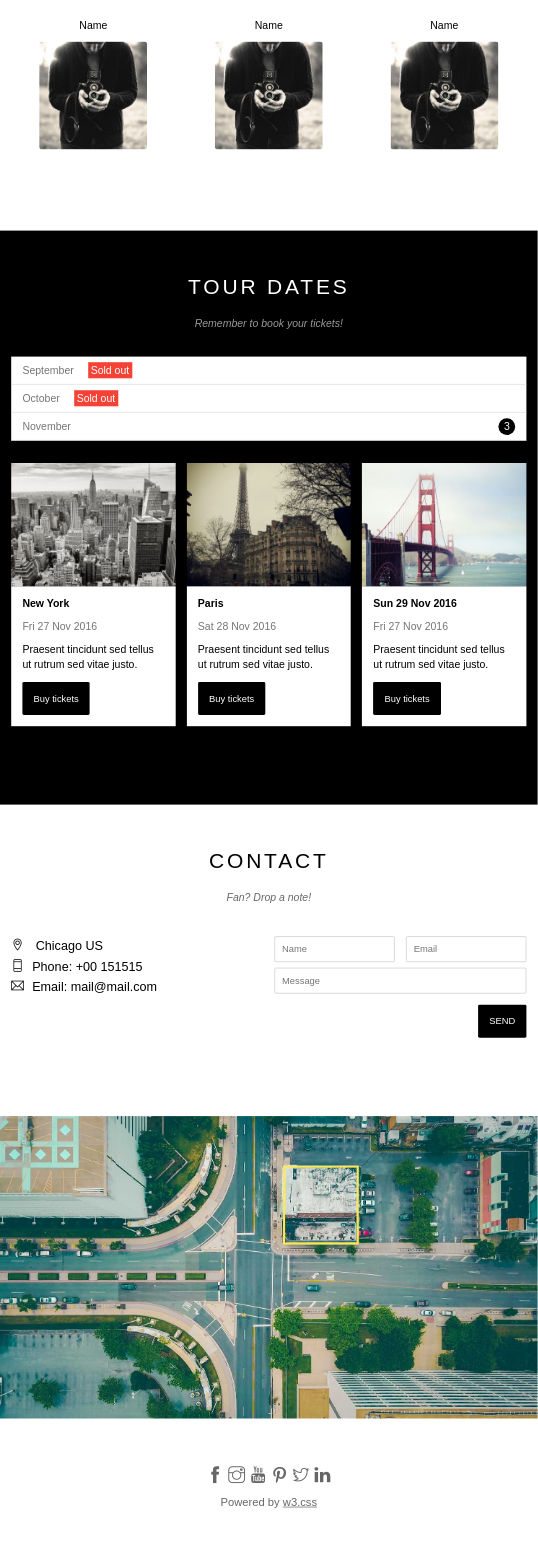
Repository: Phunobita/The-band-w3school
Page: index.html
An editor plug-in stored every save of this project. The page is shown before and after the next save, followed by the edit.
The browser window is 768 px wide. The pictures show the part of the page from y = 778 to 3018 px (the page is 2998 px tall before and 3018 px after), at 70% of full size.

Above is the page before, as saved 2021-12-04 20:44:50.

### index.html
<!DOCTYPE html>
<html lang="en">

<head>
    <meta charset="UTF-8">
    <meta http-equiv="X-UA-Compatible" content="IE=edge">
    <meta name="viewport" content="width=device-width, initial-scale=1.0">
    <title>The band</title>
    <link rel="stylesheet" href="./assets/fonts/themify-icons-font/themify-icons/themify-icons.css">
    <link rel="stylesheet" href="./assets/css/style.css">
    <link rel="stylesheet" href="./assets/css/responsive.css">
    <link rel="icon" href="/assets/img/hinh-anh-mua-thu-dep-nhat.jpg" type="image/x-icon" />
</head>

<body>
    <div id="main">
        <div id="header">
            <!--Begin nav-->
            <ul id="nav">
                <li><a href="#">Home</a></li>
                <li><a href="#band">Band</a></li>
                <li><a href="#tour">Tour</a></li>
                <li><a href="#contact">Contact</a></li>
                <li>
                    <a href="#">
                        More
                        <i class="nav-arrow-down ti-angle-down"></i>
                    </a>
                    <ul class="subnav">
                        <li><a href="#">Merchandise</a></li>
                        <li><a href="#">Extras</a></li>
                        <li><a href="#">Media</a></li>
                    </ul>
                </li>
            </ul>
            <!--End nav-->
            <div class="search-btn">
                <i class="search-icon ti-search"></i>
            </div>

            <div id="mobile-menu" class="mobile-menu-btn">
                <i class="menu-icon ti-menu-alt"></i>
            </div>
        </div>

        <div id="slider">
            <div class="text-content">
                <h2 class="heading">New York</h2>
                <div class="content">The atmosphere in New York is lorem ipsum</div>
            </div>
        </div>
        <!--About section-->
        <div id="content">
            <div id="band" class="content-section">
                <h2 class="section-heading">THE BAND</h2>
                <p class="section-sub-heading">We love music</p>
                <p class="about-text">We have created a fictional band website. Lorem ipsum dolor sit amet, consectetur
                    adipiscing elit, sed do eiusmod tempor incididunt ut labore et dolore magna aliqua. Ut enim ad minim
                    veniam, quis nostrud exercitation ullamco laboris nisi ut aliquip ex ea commodo consequat. Duis aute
                    irure dolor in reprehenderit in voluptate velit esse cillum dolore eu fugiat nulla pariatur.
                    Excepteur sint occaecat cupidatat non proident, sunt in culpa qui officia deserunt mollit anim id
                    est laborum consectetur adipiscing elit, sed do eiusmod tempor incididunt ut labore et dolore magna
                    aliqua. Ut enim ad minim veniam, quis nostrud exercitation ullamco laboris nisi ut aliquip ex ea
                    commodo consequat.</p>
                <div class=" row member-list">
                    <div class="col col-third s-full-width mt-32 text-center">
                        <p class="member-name">Name</p>
                        <img src="./assets/img/tv.jpg" alt="Name" class="member-img">
                    </div>
                    <div class="col col-third s-full-width mt-32 text-center">
                        <p class="member-name">Name</p>
                        <img src="./assets/img/tv.jpg" alt="Name" class="member-img">
                    </div>
                    <div class="col col-third s-full-width mt-32 text-center">
                        <p class="member-name">Name</p>
                        <img src="./assets/img/tv.jpg" alt="Name" class="member-img">
                    </div>
                </div>
            </div>

            <!--Tour section-->
            <div id="tour" class="tour__section">
                <div class="content-section">
                    <h2 class="section-heading text-white">TOUR DATES</h2>
                    <p class="section-sub-heading text-white">Remember to book your tickets!</p>

                    <ul class="ticket__list">
                        <li class="ticket__list-item">
                            September
                            <span class="sold-out">Sold out</span>
                        </li>
                        <li class="ticket__list-item">
                            October
                            <span class="sold-out">Sold out</span>
                        </li>
                        <li class="ticket__list-item">
                            November
                            <span class="quantity">3</span>
                        </li>
                    </ul>
                    <div class="row place__list">
                        <div class="mt-16 col col-third s-full-width">
                            <img src="./assets/img/newyork.jpg" alt="New York" class="place__img">
                            <div class="place-body">
                                <h3 class="place-heading">New York</h3>
                                <p class="place-time">Fri 27 Nov 2016</p>
                                <p class="place-description">Praesent tincidunt sed tellus ut rutrum sed vitae justo.
                                </p>
                                <button href="#" class="btn js-buy-ticket s-full-width">Buy tickets</button>
                            </div>
                        </div>
                        <div class="mt-16 col col-third s-full-width">
                            <img src="./assets/img/paris.jpg" alt="New York" class="place__img">
                            <div class="place-body">
                                <h3 class="place-heading">Paris</h3>
                                <p class="place-time">Sat 28 Nov 2016</p>
                                <p class="place-description">Praesent tincidunt sed tellus ut rutrum sed vitae justo.
                                </p>
                                <button href="#" class="btn js-buy-ticket s-full-width">Buy tickets</button>
                            </div>
                        </div>
                        <div class="mt-16 col col-third s-full-width">
                            <img src="./assets/img/sanfran.jpg" alt="New York" class="place__img">
                            <div class="place-body">
                                <h3 class="place-heading">Sun 29 Nov 2016</h3>
                                <p class="place-time">Fri 27 Nov 2016</p>
                                <p class="place-description">Praesent tincidunt sed tellus ut rutrum sed vitae justo.
                                </p>
                                <button href="#" class="btn js-buy-ticket s-full-width">Buy tickets</button>
                            </div>
                        </div>
                    </div>
                </div>
            </div>
            <!--Contact section-->
            <div id="contact" class="content-section">
                <h2 class="section-heading">CONTACT</h2>
                <p class="section-sub-heading">Fan? Drop a note!</p>

                <div class="row  contact-content">
                    <div class="col col-half s-full-width contact-info">
                        <p><i class="contact-icon ti-location-pin"></i> Chicago US</p>
                        <p><i class="contact-icon ti-mobile"></i>Phone: +00 151515</p>
                        <p><i class="contact-icon ti-email"></i>Email: mail@mail.com</p>
                    </div>
                    <div class="col col-half s-full-width contact-form">
                        <form action="">
                            <div class="row">
                                <div class="col col-half s-full-width">
                                    <input type="text" name="" required id="" class="form-control" placeholder="Name">
                                </div>
                                <div class="col col-half s-full-width s-mt-8 ">
                                    <input type="email" name="" required id="" class="form-control" placeholder="Email">
                                </div>
                            </div>
                            <div class="row mt-8">
                                <div class="col col-full">
                                    <input type="" name="" required id="" class="form-control" placeholder="Message">
                                </div>
                            </div>
                            <input class="btn pull-right mt-16 s-full-width" type="submit" value="SEND">
                        </form>
                    </div>
                </div>
            </div>

            <div class="map-section">
                <img src="/assets/img/map (1).jpg" alt="">

            </div>

            <div id="footer">
                <div class="social-list">
                    <a href=""><i class="ti-facebook"></i></a>
                    <a href=""><i class="ti-instagram"></i></a>
                    <a href=""><i class="ti-youtube"></i></a>
                    <a href=""><i class="ti-pinterest"></i></a>
                    <a href=""><i class="ti-twitter"></i></a>
                    <a href=""><i class="ti-linkedin"></i></a>
                </div>
                <p class="copyright">Powered by <a href="">w3.css</a></p>
            </div>
        </div>

        <div class="modal js-modal">
            <div class="modal-container js-modal-container">
                <div class="modal-close js-modal-close">
                    <i class="ti-close"></i>
                </div>

                <header class="modal-header">
                    <i class="modal-heading-icon ti-bag"></i>
                    Tickets
                </header>

                <div class="modal-body">
                    <label for="ticket-quantity" class="modal-label">
                        <i class="ti-shopping-cart"></i>
                        Tickets, $15 per person
                    </label>
                    <input id="ticket-quantity" type="text" class="modal-input" placeholder="How many?">

                    <label for="ticket-email" class="modal-label">
                        <i class="ti-user"></i>
                        Send To
                    </label>
                    <input id="ticket-email" type="email" class="modal-input" placeholder="Enter email">
                    <button id="buy-ticket">
                        Pay <i class="ti-check"></i>
                    </button>
                </div>
                <footer class="modal-footer">
                    <p class="modal-help">Need <a href="">help?</a></p>
                </footer>
            </div>
        </div>
    </div>

    <script>
        const buyBtns = document.querySelectorAll('.js-buy-ticket')
        const modal = document.querySelector('.js-modal')
        const modalContainer = document.querySelector('.js-modal-container')
        const modalClose = document.querySelector('.js-modal-close')

        function showBuyTickets() {
            modal.classList.add('open')
        }

        function hideBuyTickets() {
            modal.classList.remove('open')
        }

        for (const buyBtn of buyBtns) {
            buyBtn.addEventListener('click', showBuyTickets)
        }

        modalClose.addEventListener('click', hideBuyTickets)
        modal.addEventListener('click', hideBuyTickets)
        modalContainer.addEventListener('click', function (event) {
            event.stopPropagation()
        }
        )
    </script>

    <script>
        var header = document.getElementById('header');
        var mobileMenu = document.getElementById('mobile-menu');
        var headerHeight = header.clientHeight;

        mobileMenu.onclick = function () {
            var isClose = header.clientHeight === headerHeight;
            if (isClose) {
                header.style.height = 'auto';
            }
            else {
                header.style.height = null;
            }
        }

        //
        var menuItems = document.querySelectorAll('#nav li a[href*="#"]');
        for (var i = 0; i < menuItems.length; i++) {
            var menuItem = menuItems[i];
            var isParentMenu = menuItem.nextElementSibling && menuItem.nextElementSibling.classList.contains('subnav')

            menuItem.onclick = function (event) {
                var isParentMenu = this.nextElementSibling && this.nextElementSibling.classList.contains('subnav')
                if (!isParentMenu) {
                    header.style.height = null;
                }
                else {
                    event.preventDefault();
                }
            }
        }
    </script>
</body>

</html>

### assets/css/style.css
* {
  padding: 0;
  margin: 0;
  box-sizing: border-box;
}
html {
  scroll-behavior: smooth;
  font-family: Arial, Helvetica, sans-serif;
}
/*
1.vi tri
2. kich thuoc
3.Mau sac
4. Hinh dang
*/
.clear {
  clear: both;
}

.text-white {
  color: #fff !important;
}

.text-center {
  text-align: center !important;
}

.pull-right {
  float: right;
}
.row {
  margin-left: -8px;
  margin-right: -8px;
}
.row::after {
  content: "";
  display: block;
  clear: both;
}

.col {
  float: left;
  padding-left: 8px;
  padding-right: 8px;
}

.col-full {
  width: 100%;
}

.col-half {
  width: 50%;
}
.col-third {
  width: 33.3333%;
}

.mt-8 {
  margin-top: 8px !important;
}

.mt-16 {
  margin-top: 16px !important;
}

.mt-32 {
  margin-top: 32px;
}

.btn {
  display: inline-block;
  background-color: black;
  border: none;
  color: #fff;
  text-decoration: none;
  padding: 11px 16px;
  margin-top: 15px;
  border-radius: 2px;
  cursor: pointer;
}
.btn:hover {
  color: #000;
  background-color: #ccc;
}
#main {
}
#header {
  height: 46px;
  background-color: black;
  position: fixed;
  top: 0;
  left: 0;
  right: 0;
  z-index: 1;
}
#nav {
  display: inline-block;
}
#nav,
.subnav {
  list-style-type: none;
}
#nav > li > a {
  color: #fff;
  text-transform: uppercase;
}
#nav li a {
  text-decoration: none;
  line-height: 46px;
  padding: 0 24px;
  display: block;
}
#nav > li:hover > a,
#nav .subnav li:hover a {
  color: black;
  background-color: #ccc;
}
#nav li:hover .subnav {
  display: block;
}
#nav > li {
  display: inline-block;
  position: relative;
}
#nav .nav-arrow-down {
  font-size: 14px;
}
#nav .subnav {
  display: none;
  min-width: 160px;
  position: absolute;
  top: 100%;
  background-color: white;
  box-shadow: 0 0 10px rgba(0, 0, 0, 0.3);
}
#nav .subnav a {
  color: black;
  padding: 0 12px;
  line-height: 38px;
}

#header .mobile-menu-btn {
  position: absolute;
  top: 0;
  right: 0;
  display: none;
}

#header .mobile-menu-btn,
#header .search-btn {
  float: right;
  padding: 0 21px;
}
#header .search-btn:hover {
  background-color: #f44336;
  cursor: pointer;
}
#header .mobile-menu-btn:hover {
  background-color: #ccc;
}
#header .mobile-menu-btn:hover .menu-icon {
  color: #000;
}
.menu-icon,
#header .search-icon {
  color: #fff;
  font-size: 20px;
  line-height: 46px;
}
#header .search-btn:hover {
  background-color: #f44336;
}
#slider {
  margin-top: 46px;
  padding-top: 50%;
  position: relative;
  background: url("/assets/img/slider1.jpg") top center / cover no-repeat;
}

#slider .text-content {
  position: absolute;
  bottom: 47px;
  color: white;
  width: 100%;
  text-align: center;
}
#silder .heading {
  font-weight: 500px;
  font-size: 24px;
}
#slider .content {
  font-size: 15px;
  margin-top: 25px;
}
#content {
}
#content .content-section {
  padding: 64px 0 112px;
  width: 800px;
  max-width: 100%;
  margin-left: auto;
  margin-right: auto;
  padding-left: 16px;
  padding-right: 16px;
}
#content .section-heading {
  font-size: 30px;
  font-weight: 500;
  text-align: center;
  letter-spacing: 4px;
}
#content .section-sub-heading {
  font-size: 15px;
  text-align: center;
  margin-top: 25px;
  font-style: italic;
  opacity: 0.6;
}
#content .about-text {
  margin-top: 25px;
  text-align: justify;
  line-height: 1.4;
  font-size: 15px;
}

#content .member-list {
  margin-top: 32px;
}
#content .member-name {
  font-size: 15px;
  margin-bottom: 15px;
}
#content .member-img {
  width: 154px;
  border-radius: 4px;
}

/* Tour section */
.tour__section {
  background-color: #000;
}

.ticket__list {
  background-color: #fff;
  margin-top: 40px;
  list-style: none;
}
.ticket__list-item {
  color: #757575;
  font-size: 15px;
  padding: 11px 16px;
  border-bottom: 1px solid #ddd;
}
.ticket__list .sold-out {
  color: #fff;
  background-color: #f44336;
  padding: 3px 4px;
  margin-left: 16px;
}
.ticket__list .quantity {
  float: right;
  width: 24px;
  height: 24px;
  background-color: #000;
  color: #fff;
  border-radius: 50%;
  text-align: center;
  line-height: 24px;
  margin-top: -3px;
}

/*  Place body*/
.place__list {
  margin-top: 16px;
}

.place__img {
  width: 100%;
  display: block;
}
.place__img:hover {
  opacity: 0.7;
}
.place-body {
  background-color: #fff;
  padding: 16px;
  font-size: 15px;
}
.place-heading {
  font-size: 15px;
  font-weight: 600;
}
.place-time {
  margin-top: 15px;
  color: #757575;
}
.place-description {
  margin-top: 15px;
  line-height: 1.4;
}

/* Modal */
.modal {
  position: fixed;
  top: 0;
  left: 0;
  bottom: 0;
  right: 0;
  background-color: rgba(0, 0, 0, 0.4);
  align-items: center;
  justify-content: center;
  display: none;
}
.modal.open {
  display: flex;
}
.modal-container {
  background-color: #fff;
  width: 900px;
  max-width: calc(100% - 32px);
  min-height: 200px;
  position: relative;
  animation: modalFadeIn ease 0.5s;
}
.modal-header {
  background-color: #009688;
  height: 130px;
  display: flex;
  align-items: center;
  justify-content: center;
  font-size: 30px;
  color: #fff;
}
.modal-heading-icon {
  margin-right: 16px;
}
.modal-close {
  position: absolute;
  right: 0;
  top: 0;
  padding: 16px;
  cursor: pointer;
  color: #fff;
}
.modal-close:hover {
  background-color: #ccc;
}
.modal-body {
  padding: 16px;
}

.modal-label {
  display: block;
  font-size: 15px;
  margin-bottom: 12px;
}

.modal-input {
  border: 1px solid #ccc;
  font-size: 15px;
  width: 100%;
  padding: 10px;
  margin-bottom: 24px;
}
#buy-ticket {
  background-color: #009688;
  border: none;
  width: 100%;
  padding: 18px;
  font-size: 15px;
  color: #fff;
  text-transform: uppercase;
  font-weight: 700;
  cursor: pointer;
}
#buy-ticket:hover {
  opacity: 0.8;
}

.modal-footer {
  padding: 16px;
  text-align: right;
}
.modal-help a {
  color: #2196f3;
}

/* Contact form */
.contact-content {
  margin-top: 48px;
}

.contact-info {
  font-size: 18px;
  line-height: 1.6;
}

.contact-icon {
  display: inline-block;
  width: 30px;
}

.contact-form {
  font-size: 15px;
}

.contact-form .form-control {
  padding: 10px;
  border: 1px solid #ccc;
  width: 100%;
  outline: border 1px solid;
}
.contact-form input {
  border-radius: 2px;
}
/* map section */
.map-section img {
  width: 100%;
}

#footer {
  padding: 64px 16px;
  text-align: center;
}

#footer .social-list {
  font-size: 24px;
}
#footer .social-list a {
  color: rgba(0, 0, 0, 0.6);
  text-decoration: none;
}
#footer .copyright a:hover,
#footer .social-list a :hover {
  color: rgba(0, 0, 0, 0.4);
}

#footer .copyright {
  margin-top: 15px;
  color: rgba(0, 0, 0, 0.6);
}
#footer .copyright a {
  color: rgba(0, 0, 0, 0.6);
}
@keyframes modalFadeIn {
  from {
    opacity: 0;
    transform: translateY(-150px);
  }
  to {
    opacity: 1;
    transform: translateY(0);
  }
}

### assets/css/responsive.css
/* PC  */
@media (min-width: 1024px) {
}

/* Tablet */
@media (min-width: 740px) and (max-width: 1023px) {
}

/* Tablet and mobile */
@media (max-width: 1023px) {
  .btn {
    padding: 16px;
  }
}

/* mobile */
@media (max-width: 740px) {
  .s-full-width {
    width: 100%;
  }

  .s-mt-8 {
    margin-top: 8px;
  }
  #header {
    overflow: hidden;
  }
  #header .mobile-menu-btn {
    display: block;
  }
  #header .search-btn {
    display: none;
  }

  #nav > li {
    display: block;
  }
  #nav li a {
    padding: 2px 24px;
  }
  #nav {
    display: block;
  }
  #nav > li:first-child {
    display: inline-block;
  }

  #nav .subnav {
    position: initial;
    background-color: #333;
  }
  #nav .subnav a {
    color: #fff;
    padding: 5px 41px;
  }

  #content .member-img {
    width: 60%;
  }

  .contact-form {
    margin-top: 16px;
  }
}

Loaded but not shown: assets/fonts/themify-icons-font/themify-icons/themify-icons.css (common file)

After the next save:
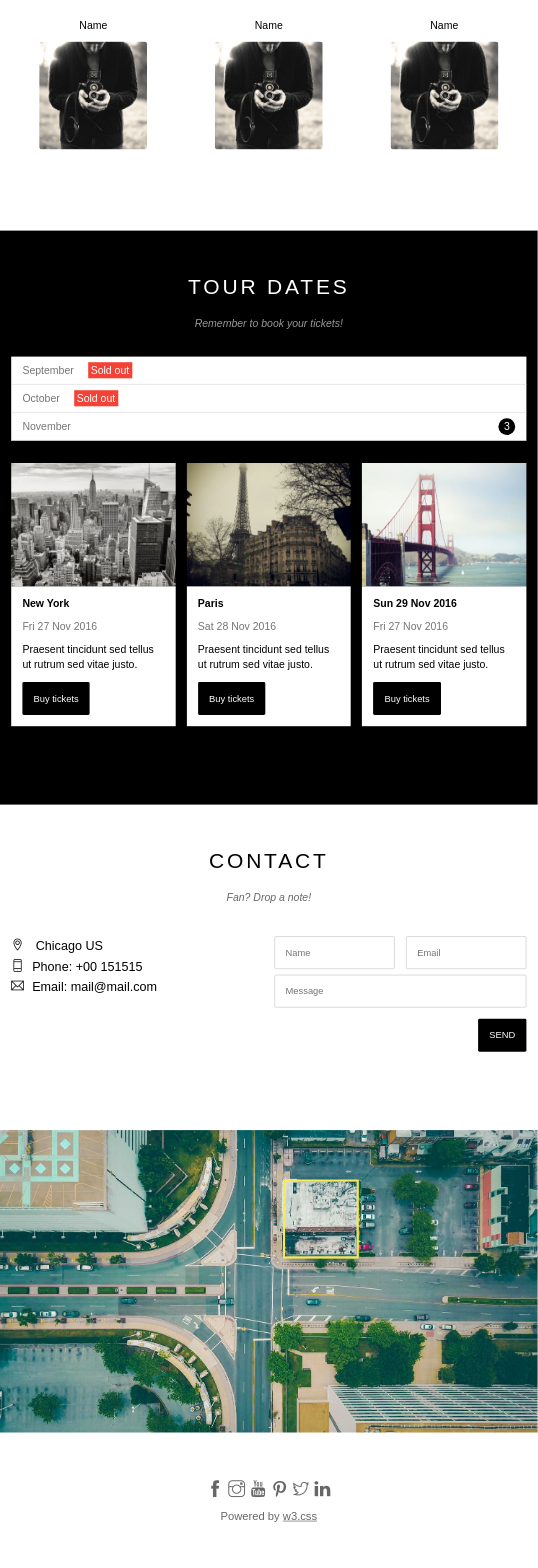
Saved 85 s later.
--- a/assets/css/responsive.css
+++ b/assets/css/responsive.css
@@ -10,6 +10,9 @@
 @media (max-width: 1023px) {
   .btn {
     padding: 16px;
+  }
+  .contact-form .form-control {
+    padding: 15px;
   }
 }
 
